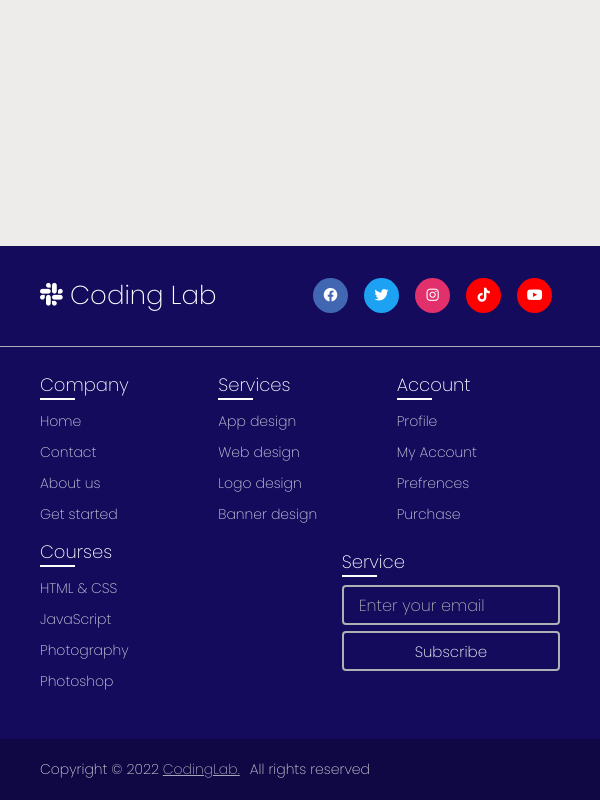
Repository: huynhvanngoan/TaskTeam5
Page: ResponsiveWebsiteFooterDesign/index.html
These files come from the project's save history. The page is drawn as it stood at one moment and after a run of saves; the edit follows.
The browser window is 600 px wide. The pictures show the whole page.

Above is the page before, as saved 2022-10-10 13:21:04.

After the next 4 saves:
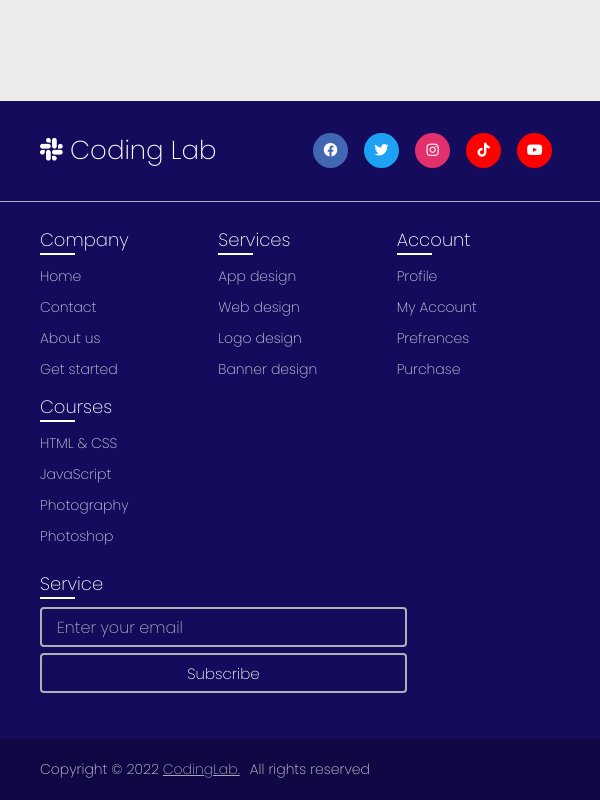
The 4 saves are shown as one change because they came seconds apart.
The last was saved 10 s later.
--- a/ResponsiveWebsiteFooterDesign/style.css
+++ b/ResponsiveWebsiteFooterDesign/style.css
@@ -216,6 +216,7 @@ footer .bottom-details .bottom_text{
         width: calc(100% / 3 - 10px);
     }
     footer .content .link-boxes .input-box{
-        w
-    }
-}
+        width: 60%;
+        margin-top: 10px;
+    }
+}
